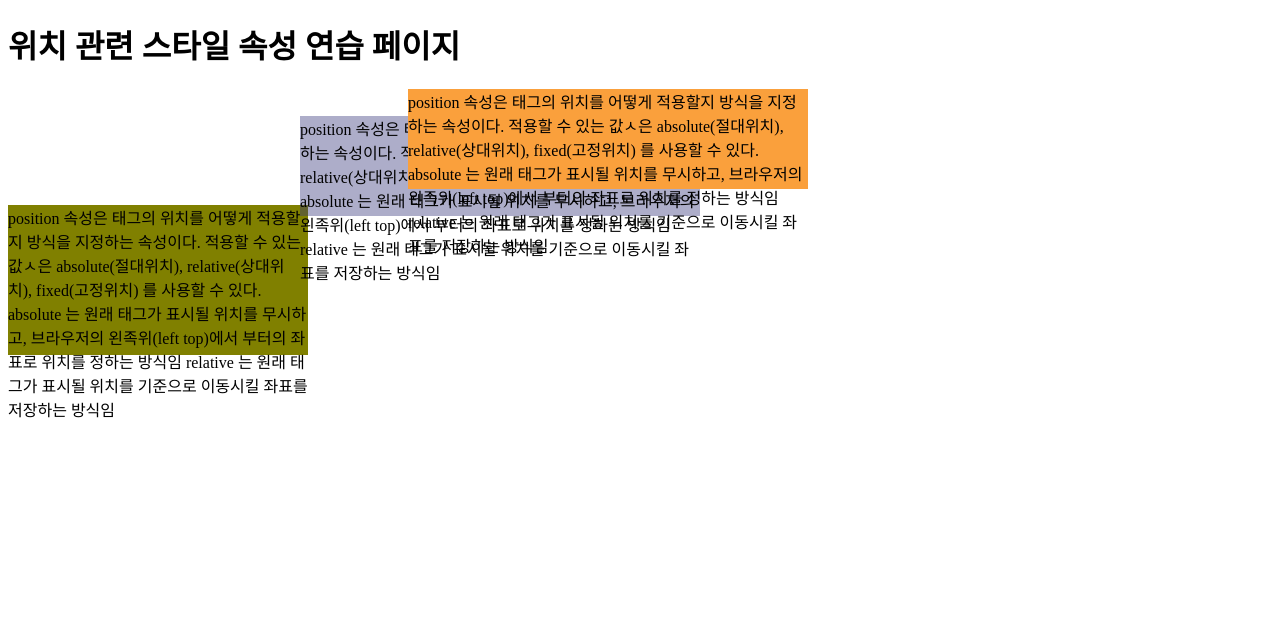
Repository: bianchi112/ict-data
Page: web_workspace/testCSSProject/src/main/webapp/views/test/position.html
The author's editor kept a copy of each file at every save. The page is drawn from the files as they stood at one save, then again after the next save.
The browser window is 1280 px wide. The pictures show the whole page.

Above is the page before, as saved 2024-09-02 07:02:21.

### web_workspace/testCSSProject/src/main/webapp/views/test/position.html
<!DOCTYPE html>
<html lang="ko">
<head>
<meta charset="UTF-8">
<title>testc</title>
<style type="text/css">
#area1 {
	background-color: rgba(250, 160, 60, 1.0);
	visibility: visible; /* hidden == display: none; */
	cursor: help;
	width: 400px;
	height: 100px;
	position: relative; /* 해당 태그가 표시될 원래 위치를 기준으로 이동 처리한다는 설정임 */
	left: 400px; /* 태그의 왼쪽 기준으로 오른쪽(양수)으로 400픽셀 이동한 위치에 표시함 */
	z-index: 2;
}

#area2 {
	background-color: rgba(50, 50, 120, 0.4);
	width: 400px;
	height: 100px;
	position: absolute; /* 브라우저 왼쪽위를 기준으로 이동 처리한다는 의미임 */
	left: 300px; /* 브라우저의 왼쪽을 기준으로 이동 좌표 지정함, 양수면 오른쪽, 음수는 왼쪽으로 이동을 의미함 */
	top: 100px; /* 브라우저의 위를 기준으로 이동 좌표 지정함, 양수는 아래쪽, 음수는 위쪽으로 이동을  의미함 */
	z-index: 1;
}

#area3 {
	background: olive;
	width: 300px;
	height: 150px;
	visibility: hidd
}

#area4 {
	background: olive;
	width: 300px;
	height: 150px;
	visibility: hidd
}
</style>
</head>
<body>
<header>
	<h1>위치 관련 스타일 속성 연습 페이지</h1>
</header>
<p id="area1">
position 속성은 태그의 위치를 어떻게 적용할지 방식을 지정하는 속성이다.
적용할 수 있는 값ㅅ은 absolute(절대위치), relative(상대위치), fixed(고정위치) 를 사용할 수 있다.
absolute 는 원래 태그가 표시될 위치를 무시하고, 브라우저의 왼족위(left top)에서 부터의 좌표로 위치를 정하는 방식임
relative 는 원래 태그가 표시될 위치를 기준으로 이동시킬 좌표를 저장하는 방식임
</p>
<p id="area2">
position 속성은 태그의 위치를 어떻게 적용할지 방식을 지정하는 속성이다.
적용할 수 있는 값ㅅ은 absolute(절대위치), relative(상대위치), fixed(고정위치) 를 사용할 수 있다.
absolute 는 원래 태그가 표시될 위치를 무시하고, 브라우저의 왼족위(left top)에서 부터의 좌표로 위치를 정하는 방식임
relative 는 원래 태그가 표시될 위치를 기준으로 이동시킬 좌표를 저장하는 방식임
</p>
<p id="area3">
position 속성은 태그의 위치를 어떻게 적용할지 방식을 지정하는 속성이다.
적용할 수 있는 값ㅅ은 absolute(절대위치), relative(상대위치), fixed(고정위치) 를 사용할 수 있다.
absolute 는 원래 태그가 표시될 위치를 무시하고, 브라우저의 왼족위(left top)에서 부터의 좌표로 위치를 정하는 방식임
relative 는 원래 태그가 표시될 위치를 기준으로 이동시킬 좌표를 저장하는 방식임
</p>
</body>
</html>

After the next save:
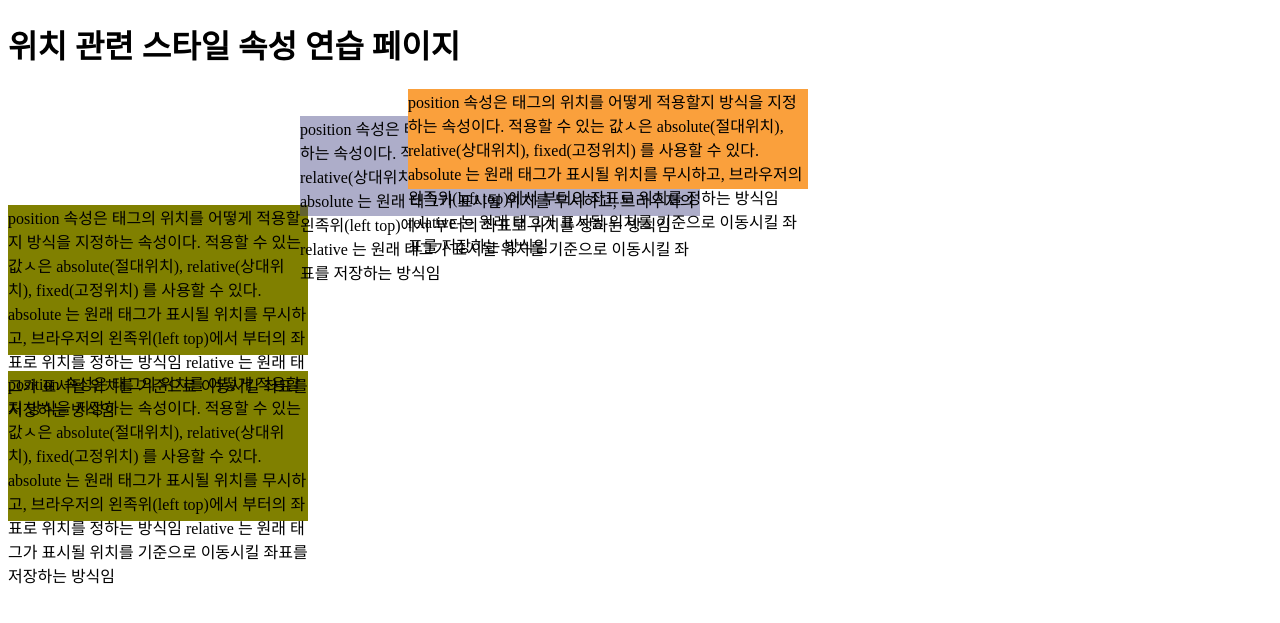
Saved 19 s later.
--- a/web_workspace/testCSSProject/src/main/webapp/views/test/position.html
+++ b/web_workspace/testCSSProject/src/main/webapp/views/test/position.html
@@ -50,6 +50,12 @@ position 속성은 태그의 위치를 어떻게 적용할지 방식을 지정
 absolute 는 원래 태그가 표시될 위치를 무시하고, 브라우저의 왼족위(left top)에서 부터의 좌표로 위치를 정하는 방식임
 relative 는 원래 태그가 표시될 위치를 기준으로 이동시킬 좌표를 저장하는 방식임
 </p>
+<div id="area4">
+position 속성은 태그의 위치를 어떻게 적용할지 방식을 지정하는 속성이다.
+적용할 수 있는 값ㅅ은 absolute(절대위치), relative(상대위치), fixed(고정위치) 를 사용할 수 있다.
+absolute 는 원래 태그가 표시될 위치를 무시하고, 브라우저의 왼족위(left top)에서 부터의 좌표로 위치를 정하는 방식임
+relative 는 원래 태그가 표시될 위치를 기준으로 이동시킬 좌표를 저장하는 방식임
+</div>
 <p id="area2">
 position 속성은 태그의 위치를 어떻게 적용할지 방식을 지정하는 속성이다.
 적용할 수 있는 값ㅅ은 absolute(절대위치), relative(상대위치), fixed(고정위치) 를 사용할 수 있다.
